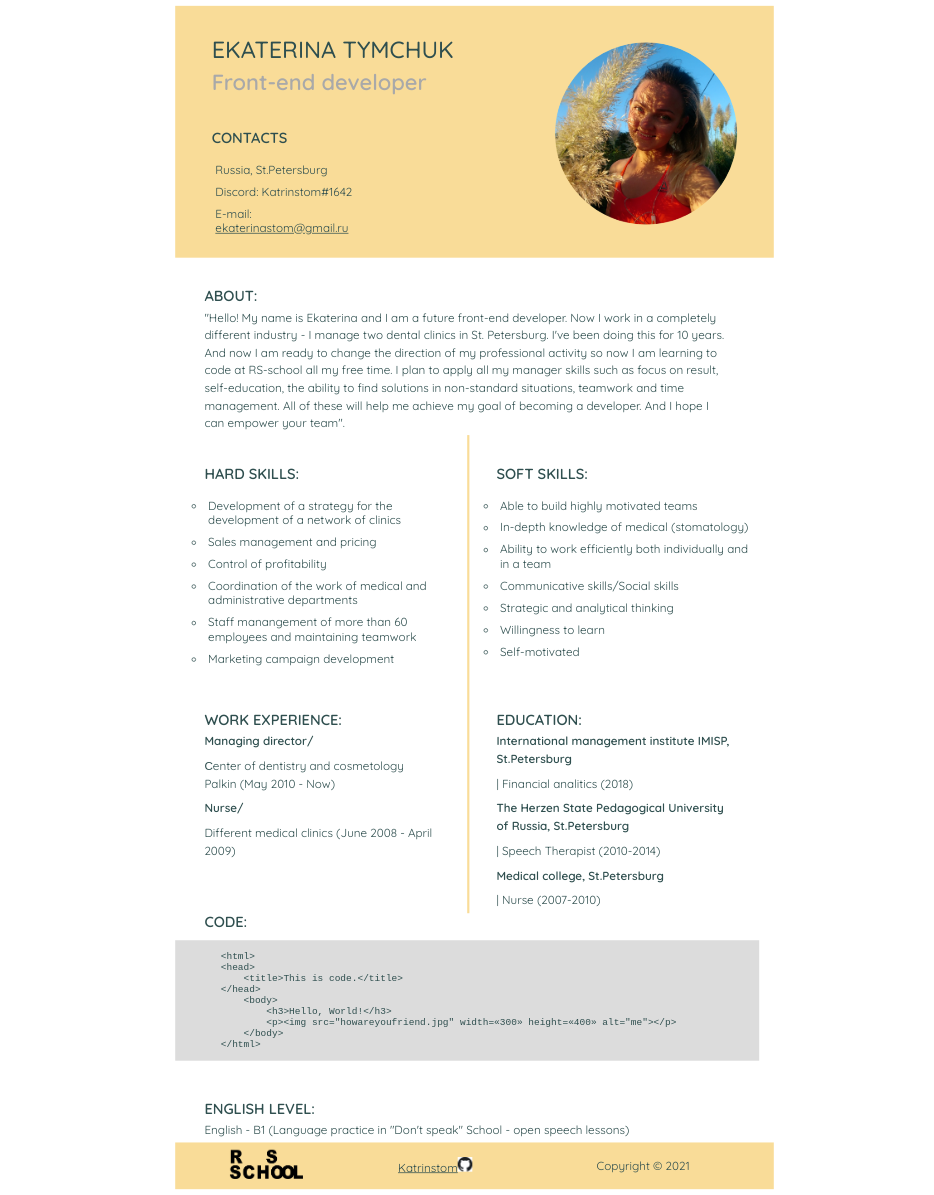
Repository: Katrinstom/rsschool-cv
Page: index.html
The author's editor kept a copy of each file at every save. The page is drawn from the files as they stood at one save, then again after the next save.
The browser window is 1280 px wide. The pictures show the whole page, at 73% of full size.

Above is the page before, as saved 2022-01-02 18:44:50.

After the next save:
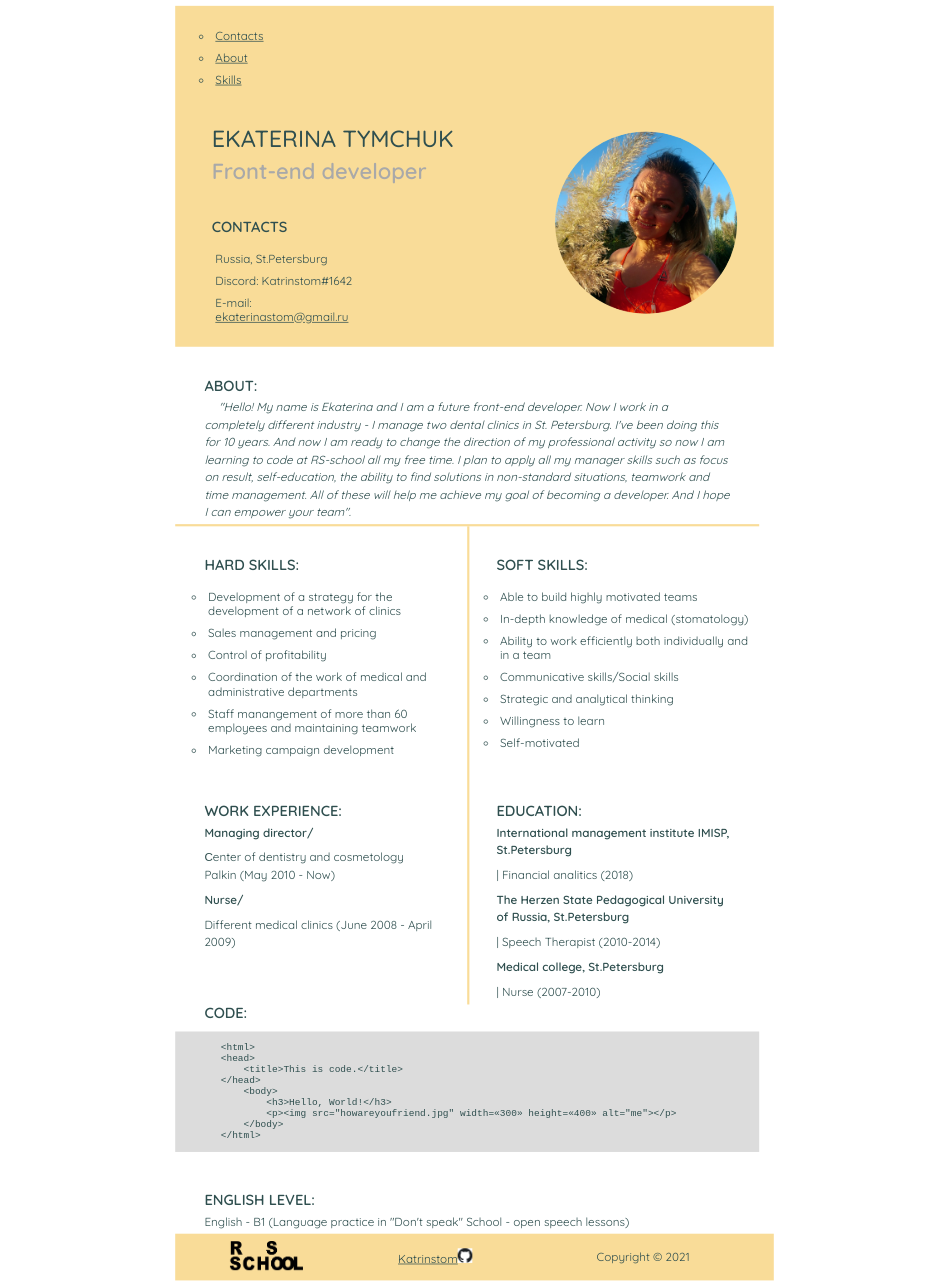
Saved 1 s later.
--- a/index.html
+++ b/index.html
@@ -13,6 +13,13 @@
 <body>
     <div id="wrapper">
         <header class="bigblock">
+            <nav class="nav">
+                <ul class="navlist">
+                    <li class="nav-item"><a href="#contacts" class="nav-link">Contacts</a></li>
+                    <li class="nav-item"><a href="#about" class="nav-link">About</a></li>
+                    <li class="nav-item"><a href="#skills" class="nav-link">Skills</a></li>
+                </ul>
+            </nav>
                 <img class="pic" src="images/1909_oooo.plus.png" alt="itsme" width="250" height="250">
                 <h1>Ekaterina Tymchuk</h1>
                 <h2>Front-end developer</h2>
@@ -24,7 +31,7 @@
                 </ul>
         </header>
         <article>
-            <div class="block1">
+            <div class="about">
                 <h4>About:</h4>
                 <p>"Hello! My name is Ekaterina and I am a future front-end developer. Now I work in a completely different industry - I manage two dental clinics in St. Petersburg. I've been doing this for 10 years. And now I am ready to change the direction of my professional activity so now I am learning to code at RS-school all my free time. I plan to apply all my manager skills such as focus on result, self-education, the ability to find solutions in non-standard situations, teamwork and time management. All of these will help me achieve my goal of becoming a developer. And I hope I can empower your team".</p>
             </div>
